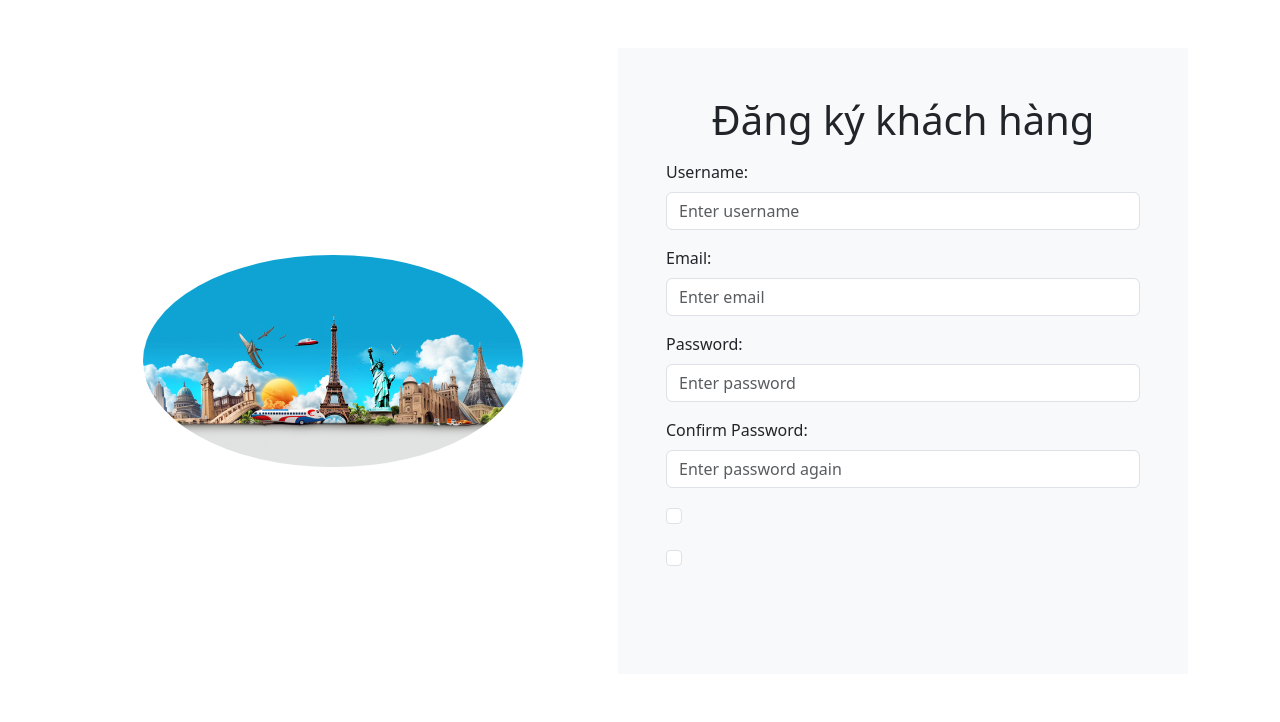
Repository: manhtdxxx/Tour-Booking-Webapp
Page: http://localhost/bookingTour/register.jsp
The author's editor kept a copy of each file at every save. The page is drawn from the files as they stood at one save, then again after the next save.
The browser window is 1280 px wide. The pictures show the whole page.
The page is served by Tomcat 9.

Above is the page before, as saved 2024-11-07 03:22:40.

After the next save:
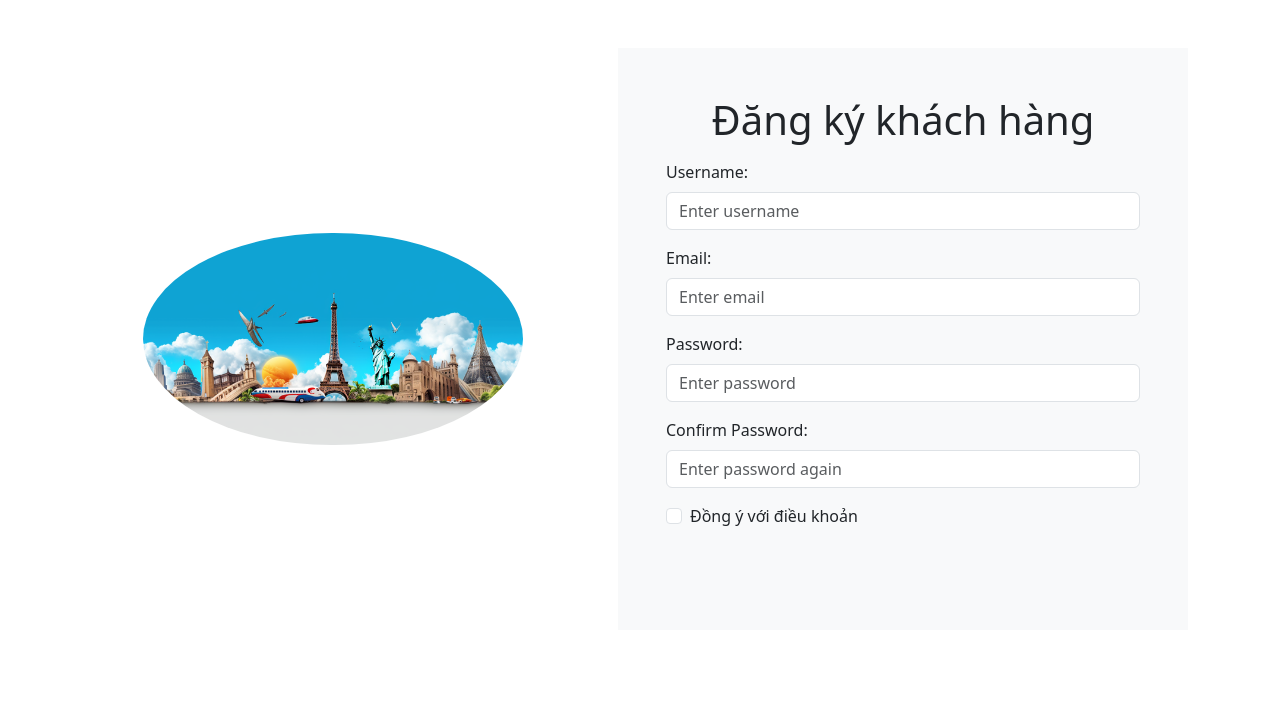
Saved 26 s later.
--- a/bookingTour/src/main/webapp/register.jsp
+++ b/bookingTour/src/main/webapp/register.jsp
@@ -54,12 +54,7 @@
 					</div>
 					<div class="form-check mb-3">
 						<label class="form-check-label"> <input class="form-check-input" type="checkbox"
-							name="agree">
-						</label>
-					</div>
-					<div class="form-check mb-3">
-						<label class="form-check-label"> <input class="form-check-input" type="checkbox"
-							name="remember">
+							name="agree"> Đồng ý với điều khoản
 						</label>
 					</div>
 					<button type="submit" class="btn btn-primary" id="submit" style="visibility: hidden;">Submit</button>
